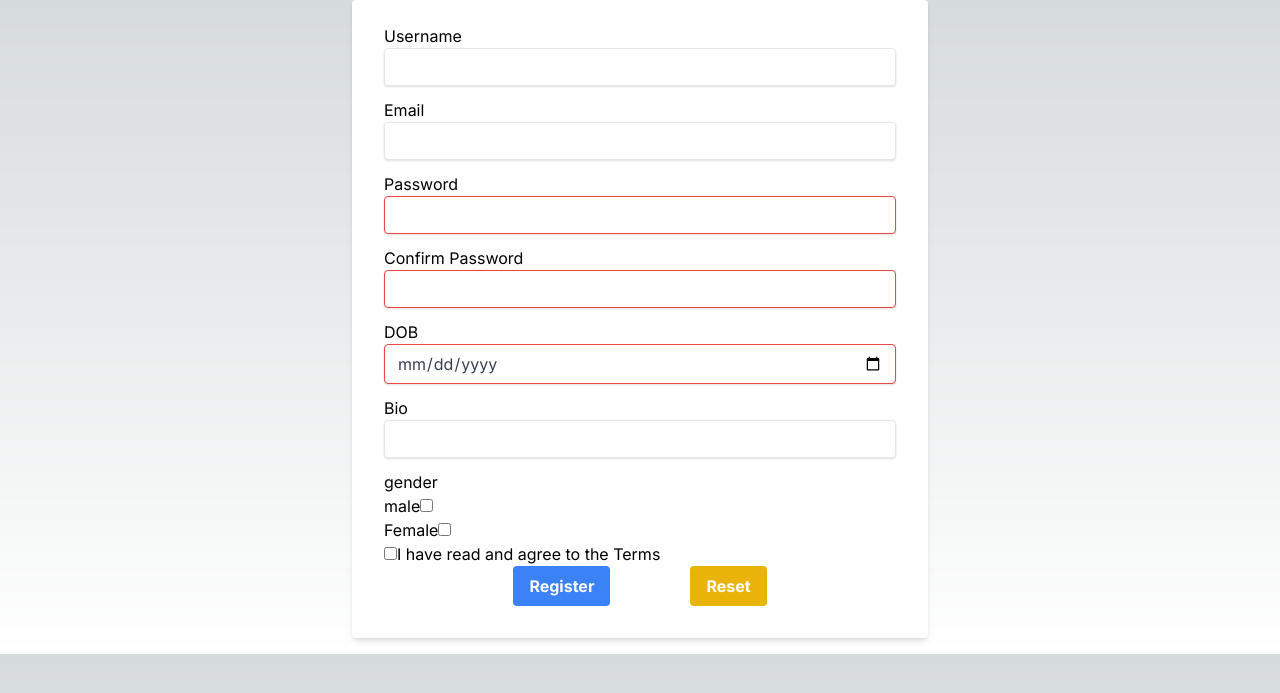
Repository: uh-sman/tiktok-card
Page: /
An editor plug-in stored every save of this project. The page is shown before and after the next save, followed by the edit.
The browser window is 1280 px wide. The pictures show the whole page.
The project was rebuilt for these pictures with package versions that can differ from the ones it lists, and the page was loaded fresh each time. The framework's server and built-in components were replaced by stand-ins that run in the browser. Also part of the build but not shown: next.config.js.

Above is the page before, as saved 2023-12-19 14:21:32.

After the next save:
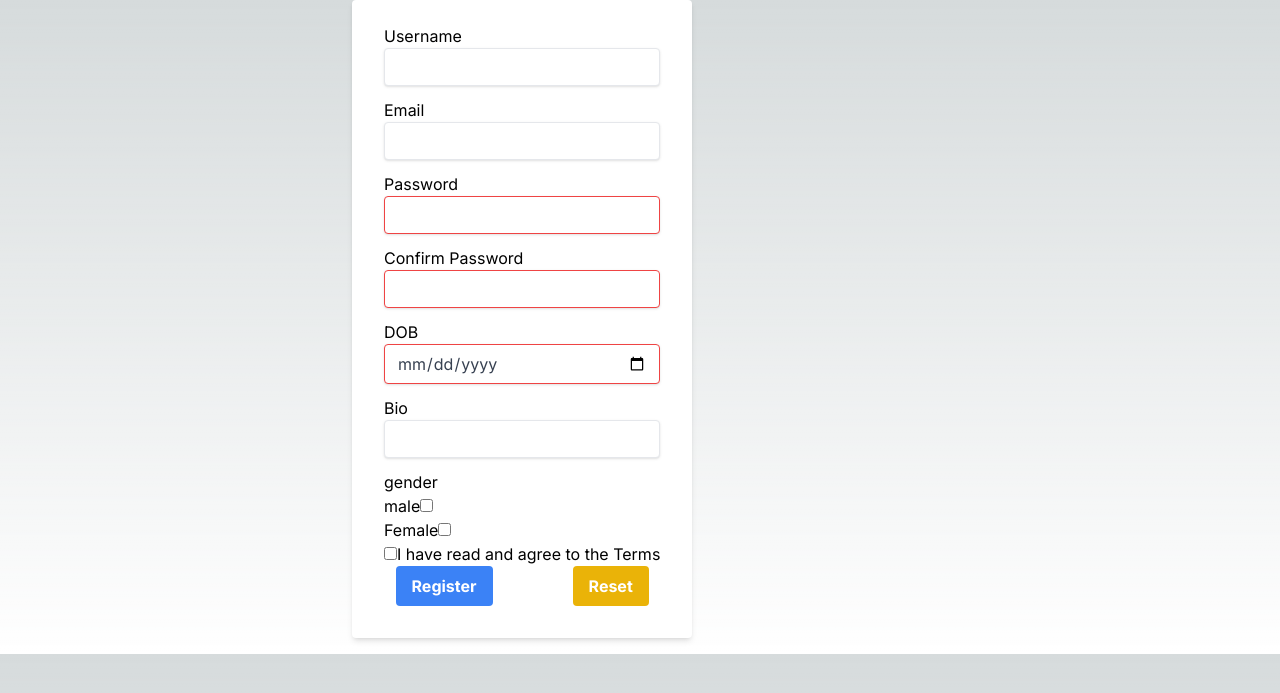
Saved 9 s later.
--- a/app/components/AuthForm.tsx
+++ b/app/components/AuthForm.tsx
@@ -21,7 +21,7 @@ const AuthForm: React.FC = () => {
     }
     return (
         <div className="flex justify-center">
-            <div className="w-full max-w-xl">
+            <div className="flex w-full max-w-xl">
         <form className="bg-white shadow-md rounded px-8 pt-6 pb-8 mb-4" onSubmit={handleSubmit(onSubmit)}>
           <div className="flex flex-col">
             <label>Username</label>
